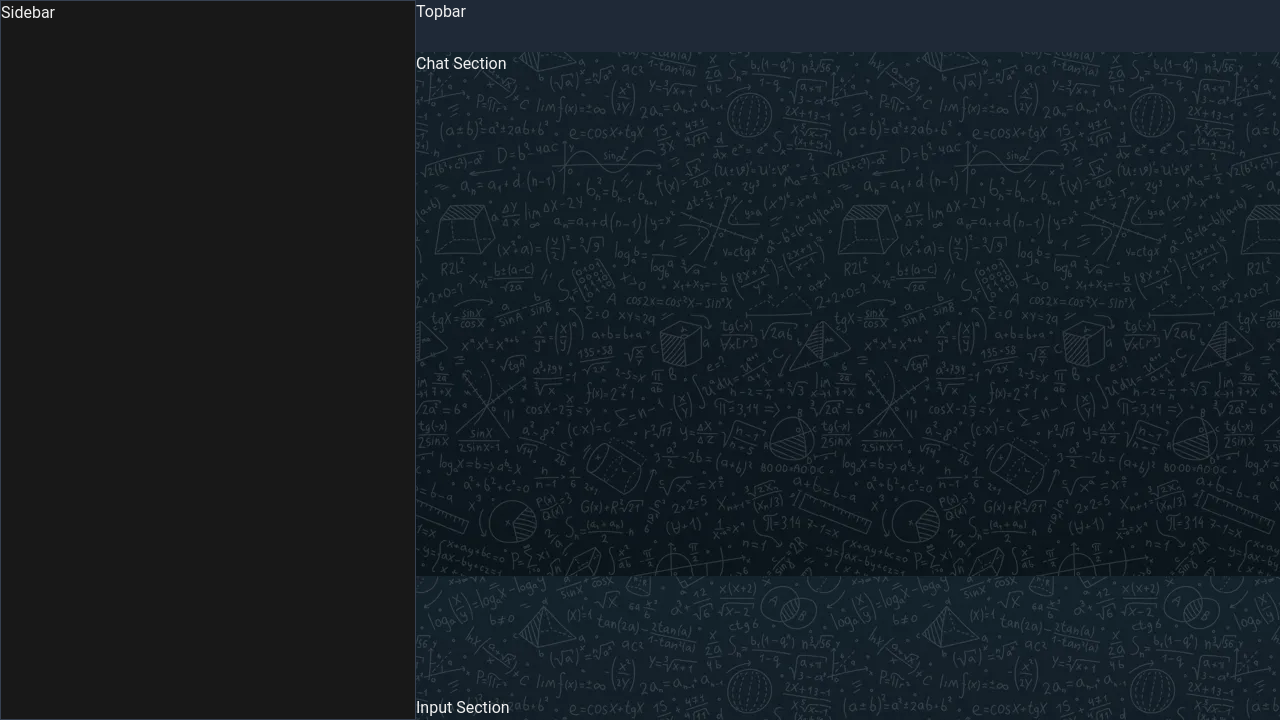
Repository: Qu4ntumGuy/telegram-clone
Page: /
These files come from the project's save history. The page is drawn as it stood at one moment and after the next save; the edit follows.
The browser window is 1280 px wide. The pictures show the whole page.
The project was rebuilt for these pictures with package versions that can differ from the ones it lists, and the page was loaded fresh each time. Also part of the build but not shown: src/Utils/ContextProvider.js.

Above is the page before, as saved 2024-07-15 11:35:44.

After the next save:
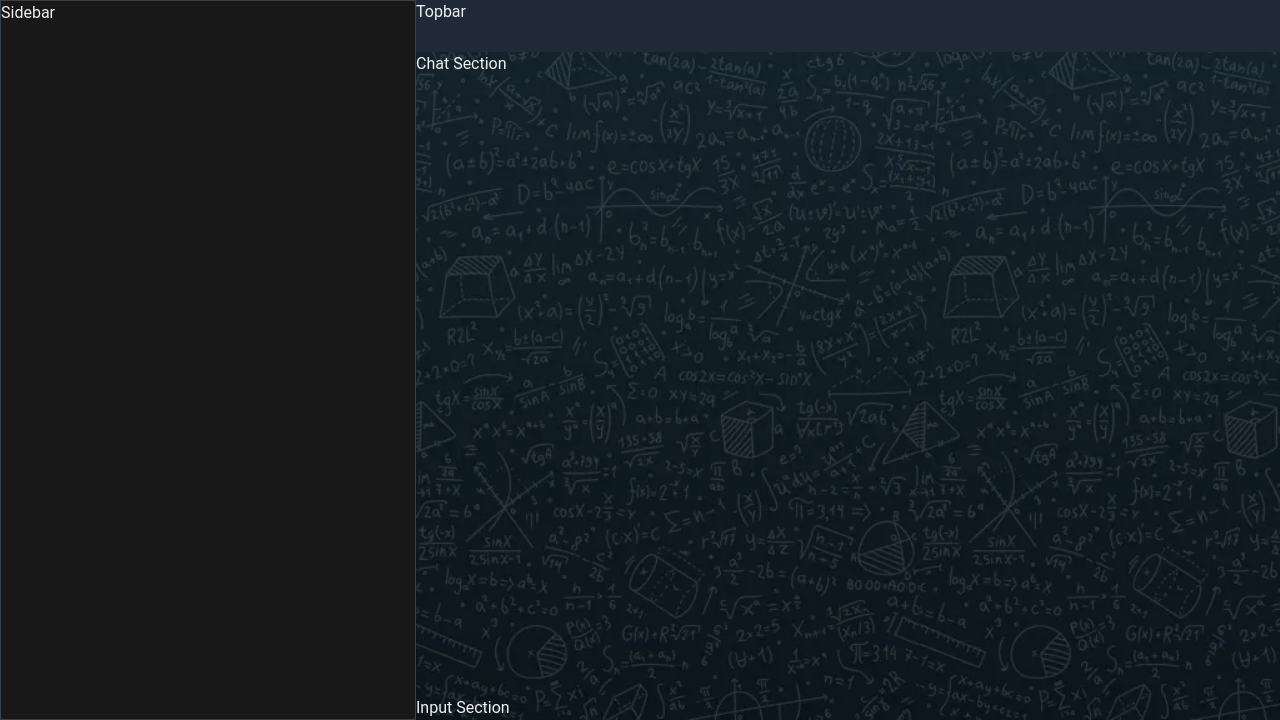
Saved 11 s later.
--- a/src/Pages/Home/Home.js
+++ b/src/Pages/Home/Home.js
@@ -14,7 +14,7 @@ function Home() {
   //   };
   return (
     <div
-      className="flex flex-col justify-center h-screen w-full "
+      className="flex flex-col justify-center bg-cover h-screen w-full "
       style={{ backgroundImage: `url(${backgroundImage})` }}
     >
       <div className="top-0 mb-auto h-14 border-b border-gray-800 bg-gray-800">
